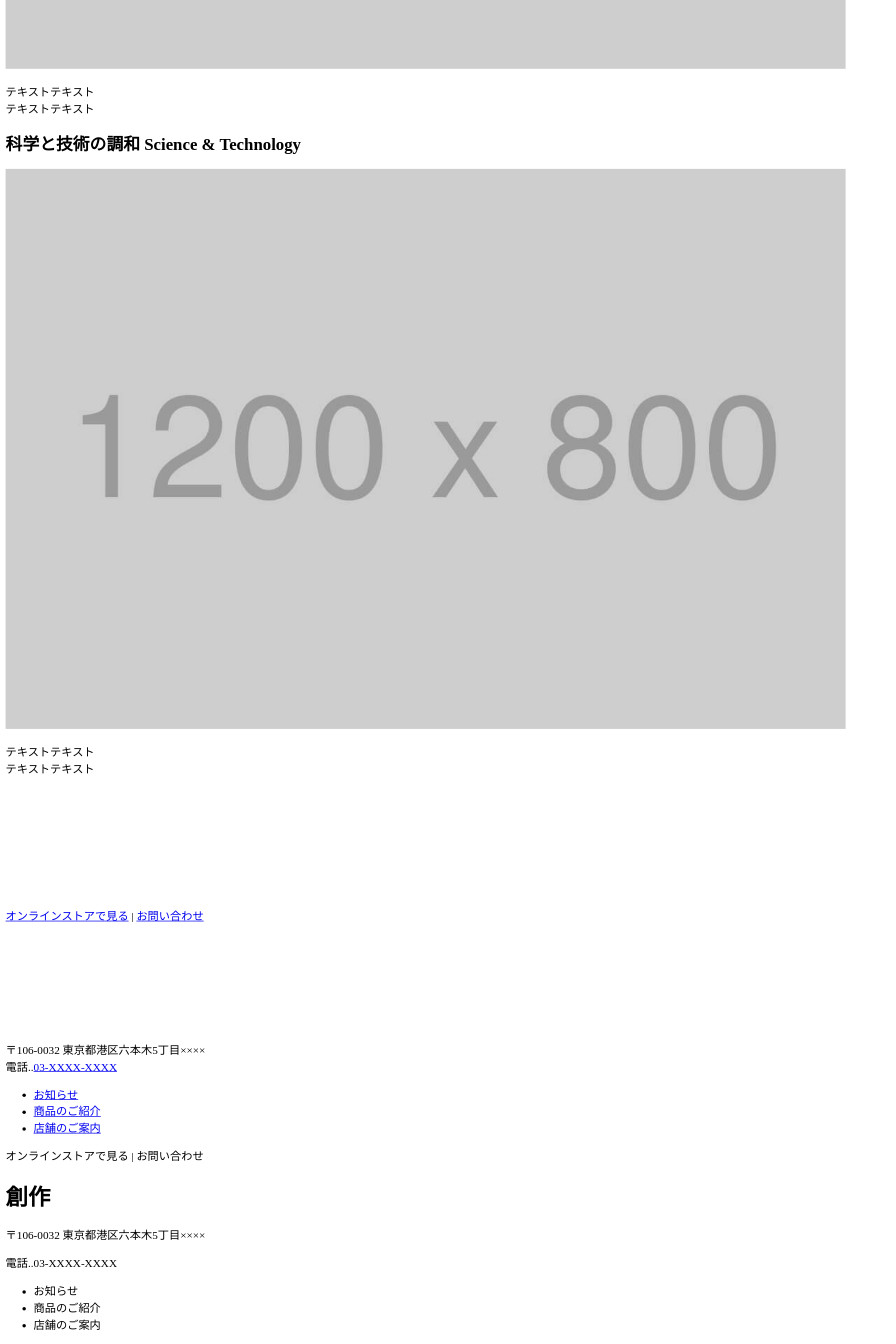
Repository: Fuki-san/wagashi
Page: http://localhost/wagashi
The author's editor kept a copy of each file at every save. The page is drawn from the files as they stood at one save, then again after the next save.
The browser window is 1280 px wide. The pictures show the part of the page from y = 1355 to 3275 px (the page is 3275 px tall before and 2994 px after), at 70% of full size.
The page is served by the project's Laravel application, run on PHP 8.4 with Laravel 10. Other server files are loaded and not shown.

Above is the page before, as saved 2023-12-02 19:06:07.

### routes/web.php
<?php

use Illuminate\Support\Facades\Route;
use Spatie\FlareClient\View;

/*
|--------------------------------------------------------------------------
| Web Routes
|--------------------------------------------------------------------------
|
| Here is where you can register web routes for your application. These
| routes are loaded by the RouteServiceProvider and all of them will
| be assigned to the "web" middleware group. Make something great!
|
*/

Route::get('/', function () {
    return view('welcome');
});

Route::get('wagashi', function() {
    return View('wagashi');
})->name('wagashi');

### resources/views/wagashi.blade.php
@extends('layouts.main')

@section('title', 'wagashi')

@section('content')
    <header id="header">
        <h1 class="site-title"><a href="#"><img src="img/logo.svg" alt=""></a></h1>
        <nav id="nav">
            <ul>
                <li><a href="#news">お知らせ</a></li>
                <li><a href="#products1">商品のご紹介</a></li>
                <li><a href="#shop">店舗のご案内</a></li>
            </ul>
        </nav>
        <div class="onlinestore"><a href="#" target="_blank" rel="noopener noreferrer">オンラインストアで見る</a></div>
    </header>

    <main>
        <section id="news" class="wrapper">

            <h2 class="sec-title">
                <span class="en">News</span>
                <span class="ja">お知らせ</span>
            </h2>

            <dl class="list">
                <dt>2021.01.01</dt>
                <dd>タイトルタイトルタイトル</dd>
                <dt>2021.01.01</dt>
                <dd>タイトルタイトルタイトル</dd>
                <dt>2021.01.01</dt>
                <dd>タイトルタイトルタイトル</dd>
                <dt>2021.01.01</dt>
                <dd>タイトルタイトルタイトル</dd>
                <dt>2021.01.01</dt>
                <dd>タイトルタイトルタイトル</dd>
            </dl>
        </section>

        <section id="products1" class="wrapper">
            <h2 class="site-title">
                <span class="ja">新しい価値の創造</span>
                <span class="en">Create New Values</span>
            </h2>

            <div class="img">
                <img src="img/products1.jpg" alt="">
                <p class="text">テキストテキスト<br>テキストテキスト</p>
            </div>
        </section>

        <section id="products2" class="wrapper">
            <h2 class="sec-title">
                <span class="ja">科学と技術の調和</span>
                <span class="en">Science & Technology</span>
            </h2>
            <div class="img">
                <img src="img/products2.jpg" alt="">
                <p class="text">テキストテキスト<br>テキストテキスト</p>
            </div>
        </section>

        <div id="shop">
            <iframe src="" frameborder="0"></iframe>
        </div>

    </main>

    <footer id="footer">

        <div class="inner">
            <div class="left">
                <p><a href="#" target="_blank">オンラインストアで見る</a> | <a href="mailto:xxxx@gmail.com">お問い合わせ</a></p>
            </div>
            <div class="right">
                <div class="logo"><img src="img/logo.svg" alt=""></div>
                <p class="info">
                    〒106-0032 東京都港区六本木5丁目××××<br>
                    電話..<a href="tel:03-XXXX-XXXX">03-XXXX-XXXX</a>
                </p>
                <ul class="menu">
                    <li><a href="#news">お知らせ</a></li>
                    <li><a href="#products1">商品のご紹介</a></li>
                    <li><a href="#shop">店舗のご案内</a></li>
                </ul>
            </div>
        </div>


        <div class="flex">
            <div>オンラインストアで見る | お問い合わせ</div>
            <div class="nav">
                <h1 class="site-title">創作</h1>
                <p>〒106-0032 東京都港区六本木5丁目××××</p>
                <p>電話..03-XXXX-XXXX</p>
                <nav>
                    <ul>
                        <li>お知らせ</li>
                        <li>商品のご紹介</li>
                        <li>店舗のご案内</li>
                    </ul>
                </nav>
            </div>
        </div>
    </footer>

@endsection

### resources/views/layouts/main.blade.php
<!DOCTYPE html>
<html lang="ja">
<head>
    <meta charset="UTF-8">
    <meta name="viewport" content="width=device-width, initial-scale=1.0">
    <meta http-equiv="X-UA-Compatible" content="ie=edge">
    <link rel="stylesheet" href="{{ asset('css/reset.css') }}">
    <link rel="stylesheet" href="{{ asset('css/style.css') }}">
    <link rel="icon" href="img/favicon.ico">
    <title>@yield('title')</title>
</head>
<body>
    @yield('content')
</body>
</html>

### public/img/logo.svg
<?xml version="1.0" encoding="utf-8"?>
<!-- Generator: Adobe Illustrator 15.1.0, SVG Export Plug-In . SVG Version: 6.00 Build 0)  -->
<!DOCTYPE svg PUBLIC "-//W3C//DTD SVG 1.1//EN" "http://www.w3.org/Graphics/SVG/1.1/DTD/svg11.dtd">
<svg version="1.1" id="レイヤー_1" xmlns="http://www.w3.org/2000/svg" xmlns:xlink="http://www.w3.org/1999/xlink" x="0px"
	 y="0px" width="57.4775391px" height="131.578125px" viewBox="0 0 57.4775391 131.578125"
	 style="enable-background:new 0 0 57.4775391 131.578125;" xml:space="preserve">
<style type="text/css">
<![CDATA[
	.st0{fill:#FFFFFF;}
]]>
</style>
<g>
	<path class="st0" d="M28.3789063,35.8789063l6.5400391,4.859375c-0.3603516,0.4804688-1.2001953,1.0800781-2.3398438,1.2607422
		v12.0595703c-0.0605469,0.359375-3.4199219,1.5-5.5195313,1.5h-1.0800781v-3.6601563H15.2998047v2.6992188
		c0,0.4208984-1.9199219,1.8007813-5.1601563,1.8007813H9.0595703v-10.5
		c-1.7392578,3.2402344-4.2597656,6.2998047-7.9189453,8.8798828l-0.6005859-0.6005859c5.5205078-8.21875,6-18.4785156,6-26.7587891
		v-9.1191406c-1.9199219,1.3798828-3.9599609,2.5800781-6.0595703,3.6591797L0,21.4199219
		C6.1796875,15.6601563,11.3994141,6.4199219,13.5,0l9.7197266,1.9804688
		c-0.2402344,0.7197266-0.7802734,1.0800781-2.3398438,1.3193359c20.5185547,3.7207031,13.3789063,15.9599609,7.9189453,11.8798828
		c-0.9599609-3.4199219-4.0195313-7.9794922-8.5195313-11.2792969c-2.0400391,3.1796875-4.7392578,6.5390625-7.9794922,9.6591797
		H19.5l2.9990234-3.8398438c0,0,3.4804688,2.6396484,5.5800781,4.5595703
		c-0.1796875,0.6601563-0.7802734,0.9609375-1.6201172,0.9609375H11.7001953l-0.2402344-0.9003906
		c-1.1396484,1.0195313-2.3398438,2.0400391-3.5400391,2.9394531l6,2.2207031h10.9189453l3.0605469-3.3603516L34.4384766,21
		c-0.359375,0.4794922-1.2597656,1.0195313-2.4599609,1.3193359v11.9394531
		c-0.0595703,0.3603516-3.359375,1.5605469-5.4589844,1.5605469h-1.0800781v-1.8007813H12.5400391
		C12.4199219,35.21875,12.2402344,36.4189453,12,37.6787109l4.0800781,1.5595703h9.2988281L28.3789063,35.8789063z
		 M25.4394531,32.3388672v-4.6796875H12.8994141c0,1.4404297-0.0595703,3-0.1796875,4.6796875H25.4394531z M12.8994141,21.1796875
		v4.7998047h12.5400391v-4.7998047H12.8994141z M25.9794922,50.1582031v-9.2392578H15.2998047v9.2392578H25.9794922z
		 M43.2587891,41.7587891c0,0.6601563-2.6396484,1.859375-4.9199219,1.859375h-1.1396484V5.2197266L45.2988281,6
		c-0.1201172,0.7802734-0.6005859,1.3203125-2.0400391,1.5605469V41.7587891z M56.7578125,2.1005859
		C56.578125,3,55.9785156,3.6005859,54.5380859,3.7802734v44.8183594c0,4.6796875-0.9599609,7.3193359-8.4599609,8.0390625
		c-0.1796875-2.0996094-0.4794922-3.6591797-1.3798828-4.7392578c-0.9599609-1.0205078-2.2197266-1.7998047-5.0996094-2.2197266
		v-0.8408203c0,0,5.9394531,0.3603516,7.2001953,0.3603516c0.9599609,0,1.2597656-0.2998047,1.2597656-1.0800781V1.2001953
		L56.7578125,2.1005859z"/>
	<path class="st0" d="M17.4599609,94.0800781c-0.1806641,0.5390625-0.7207031,0.9589844-1.8603516,1.1992188v34.2587891
		c-0.1201172,0.5400391-3,2.0400391-5.7597656,2.0400391H8.5195313v-31.3789063
		c-2.3994141,2.7597656-4.9794922,5.1601563-7.7392578,7.2001953l-0.7197266-0.5400391
		c5.3398438-7.5,10.9189453-19.6796875,13.9189453-31.6787109l9.5400391,3.1796875
		c-0.2998047,0.7802734-1.0800781,1.2597656-2.4003906,1.2001953c-2.0400391,4.859375-4.3798828,9.2988281-6.9589844,13.3193359
		L17.4599609,94.0800781z M39.9589844,89.7597656v11.0996094h4.7998047l3.6591797-4.7998047
		c0,0,4.140625,3.2998047,6.7197266,5.5800781c-0.1796875,0.6591797-0.8398438,0.9599609-1.6796875,0.9599609H39.9589844v11.3388672
		h5.1591797l4.0205078-5.2197266c0,0,4.4394531,3.5400391,7.1992188,5.9404297
		c-0.1796875,0.6591797-0.8398438,0.9599609-1.7402344,0.9599609H39.9589844v14.0390625
		c0,0.4199219-2.2207031,1.859375-5.9404297,1.859375h-1.3193359V89.7597656h-1.4404297
		c-3.8994141,5.8798828-8.3994141,10.6796875-13.4394531,14.2792969l-0.6601563-0.4794922
		c4.6201172-6.7802734,9.6601563-17.6992188,12.3603516-28.3193359l9.6591797,3.4199219
		c-0.2998047,0.7802734-1.0800781,1.2597656-2.4599609,1.1396484c-1.3798828,2.9404297-2.8203125,5.7597656-4.4394531,8.3398438
		h14.0996094l3.9589844-5.1591797c0,0,4.4404297,3.4794922,7.1396484,5.8193359
		c-0.1796875,0.6601563-0.8398438,0.9599609-1.6796875,0.9599609H39.9589844z"/>
</g>
</svg>

Loaded but not shown: public/css/style.css (no copy from this time; the picture is the same without it)

After the next save:
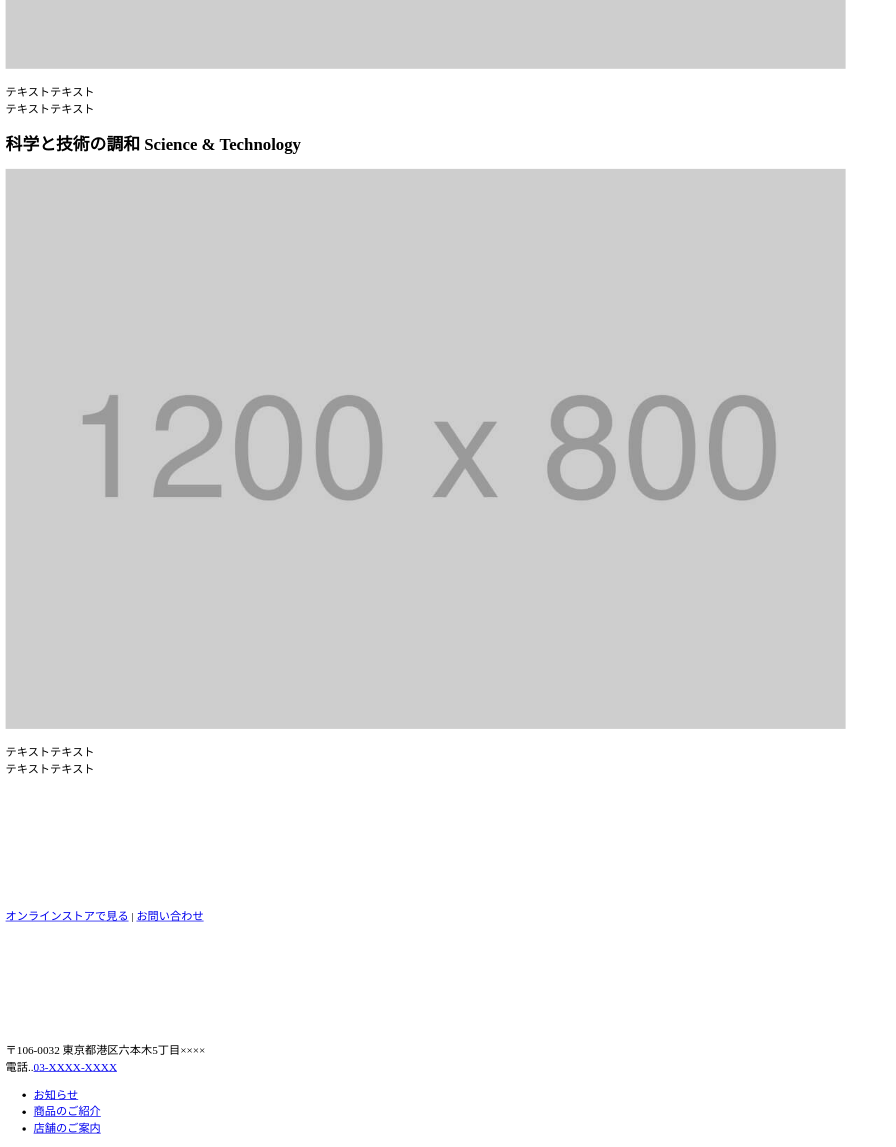
Saved 15 s later.
--- a/resources/views/wagashi.blade.php
+++ b/resources/views/wagashi.blade.php
@@ -86,22 +86,6 @@
             </div>
         </div>
 
-
-        <div class="flex">
-            <div>オンラインストアで見る | お問い合わせ</div>
-            <div class="nav">
-                <h1 class="site-title">創作</h1>
-                <p>〒106-0032 東京都港区六本木5丁目××××</p>
-                <p>電話..03-XXXX-XXXX</p>
-                <nav>
-                    <ul>
-                        <li>お知らせ</li>
-                        <li>商品のご紹介</li>
-                        <li>店舗のご案内</li>
-                    </ul>
-                </nav>
-            </div>
-        </div>
     </footer>
 
 @endsection
